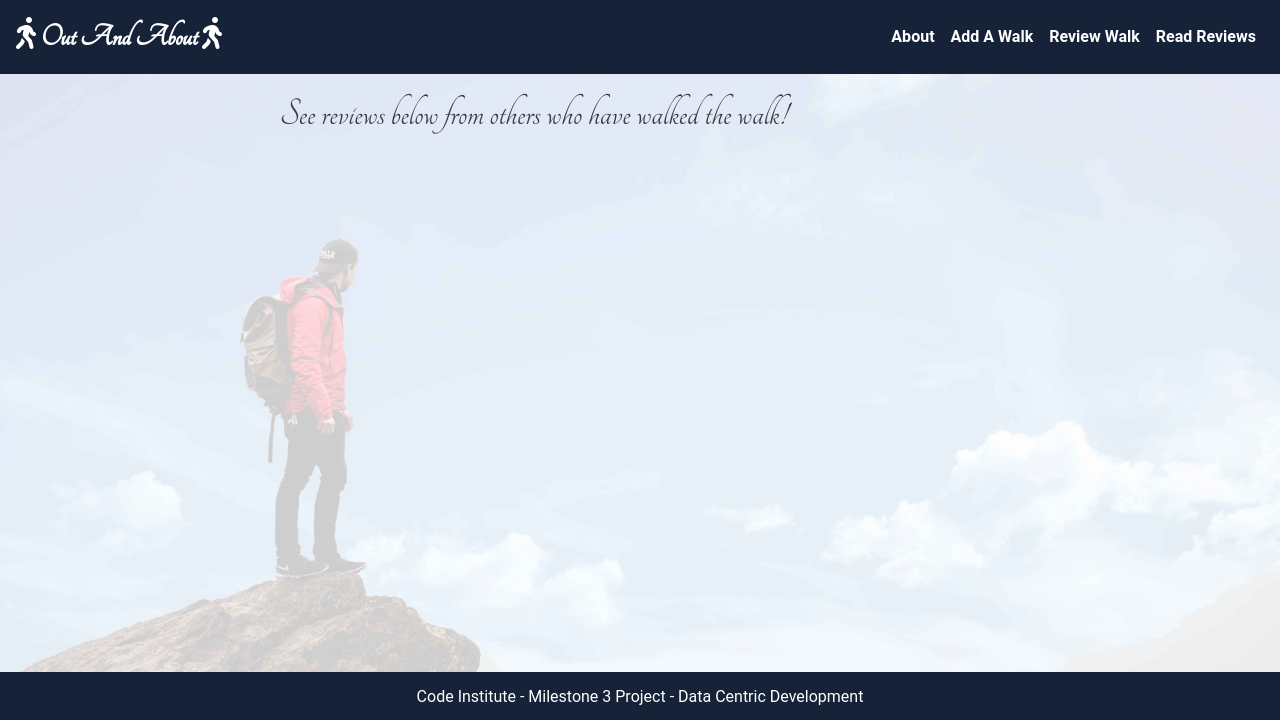
Repository: 5803emma/days-of-walking
Page: http://localhost/read_review
The author's editor kept a record of every edit. The page is drawn from the files as they stood at one moment, then again after the next edit.
The browser window is 1280 px wide. The pictures show the whole page.
Some web libraries are served in a nearby version. The page is served by the project's application, run on Flask 3 (app.py). Queries for data that is not in the repository find no rows.

Above is the page before.

After the next edit:
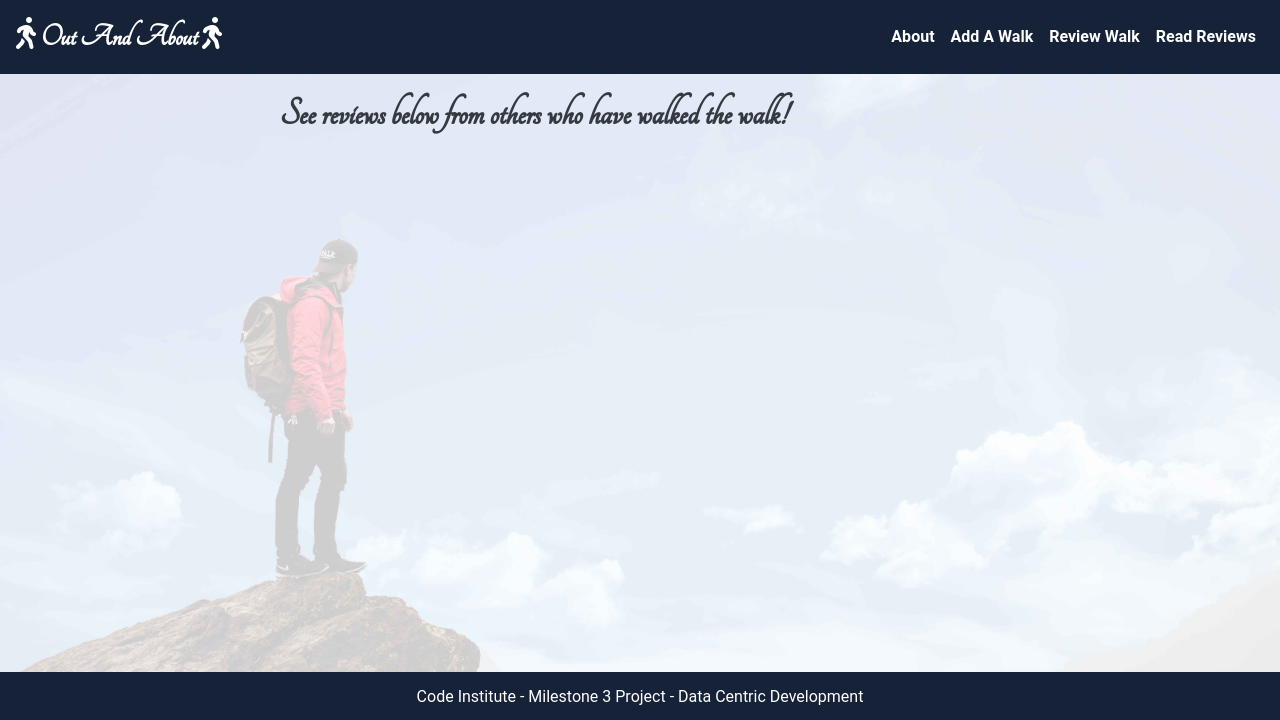
The edit:
--- a/templates/read_reviews.html
+++ b/templates/read_reviews.html
@@ -5,7 +5,7 @@
 
         <div class="row">
             <div class="col-10 text-dark welcome-text">
-                <h1>See reviews below from others who have walked the walk!</h1>
+                <h1><strong>See reviews below from others who have walked the walk!</strong></h1>
             </div>
         </div>
 
